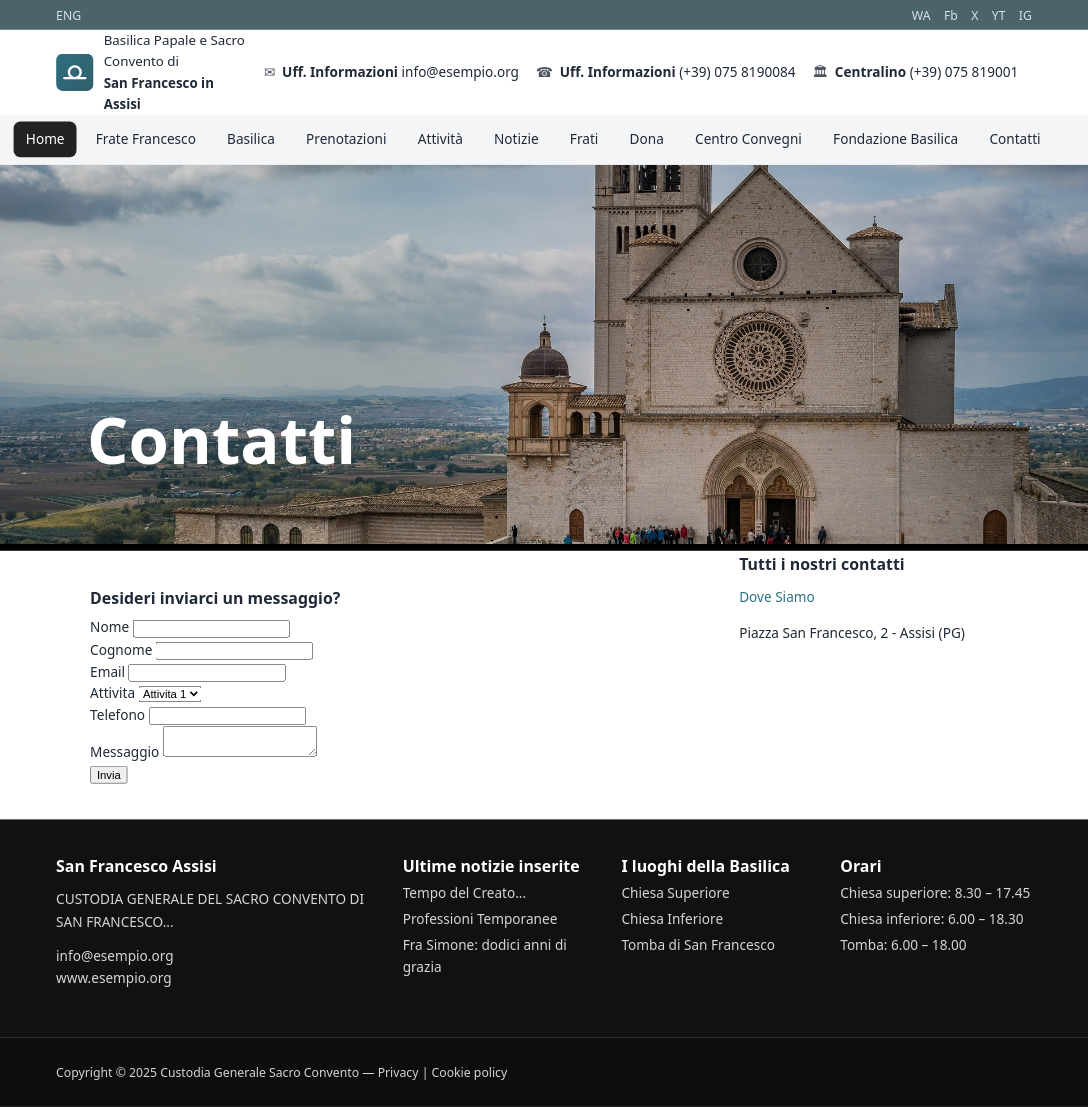
Repository: leacappello/basilica-platform-project
Page: pages/contatti.html
These files come from the project's save history. The page is drawn as it stood at one moment and after the next save; the edit follows.
The browser window is 1280 px wide. The pictures show the whole page, at 85% of full size.

Above is the page before, as saved 2025-09-17 09:44:17.
Console error (its wording comes from the project's code and is left out).

### pages/contatti.html
<!DOCTYPE html>
<html lang="it" class="no-js">

<head>
    <meta charset="utf-8" />
    <meta name="viewport" content="width=device-width, initial-scale=1" />
    <meta name="description"
        content="Basilica — Portale gemello (look & feel dimostrativo, contenuti e immagini originali)">
    <title>Basilica — Progetto gemello</title>

    <!-- Foglio di stile principale -->
    <link rel="stylesheet" href="../assets/styles.css" />

    <!-- Se JS è attivo, rimuoviamo la classe .no-js (utile per fallback menu) -->
    <script>document.documentElement.classList.remove('no-js');</script>
</head>

<body>

    <!-- ======================================================================
       TOPBAR: lingua + social (banda superiore sottile)
       ====================================================================== -->
    <div class="topbar">
        <div class="container topbar__inner">
            <div class="topbar__lang">
                <a href="#" aria-label="Versione in inglese">ENG</a>
            </div>
            <div class="topbar__social" aria-label="Social">
                <a href="#" aria-label="WhatsApp" title="WhatsApp">WA</a>
                <a href="#" aria-label="Facebook" title="Facebook">Fb</a>
                <a href="#" aria-label="X" title="X">X</a>
                <a href="#" aria-label="YouTube" title="YouTube">YT</a>
                <a href="#" aria-label="Instagram" title="Instagram">IG</a>
            </div>
        </div>
    </div>

    <!-- ======================================================================
       HEADER (masthead): logo + contatti rapidi + hamburger mobile
       Sticky con nav principale subito sotto
       ====================================================================== -->
    <header class="masthead">
        <div class="container masthead__inner">
            <!-- BRAND: logo + denominazione (il logo è decorativo; il nome è testuale) -->
            <a class="brand" href="#home" aria-label="Vai alla Home">
                <img src="images/logo.svg" alt="" class="brand__logo" aria-hidden="true" />
                <span class="brand__name">
                    Basilica Papale e Sacro Convento di<br />
                    <strong>San Francesco in Assisi</strong>
                </span>
            </a>

            <!-- CONTATTI RAPIDI: tre blocchi -->
            <ul class="masthead__contacts" aria-label="Contatti rapidi">
                <li>
                    <span class="ic" aria-hidden="true">✉</span>
                    <div>
                        <strong>Uff. Informazioni</strong>
                        <a href="mailto:info@esempio.org">info@esempio.org</a>
                    </div>
                </li>
                <li>
                    <span class="ic" aria-hidden="true">☎</span>
                    <div>
                        <strong>Uff. Informazioni</strong>
                        <a href="tel:+390758190084">(+39) 075 8190084</a>
                    </div>
                </li>
                <li>
                    <span class="ic" aria-hidden="true">🏛</span>
                    <div>
                        <strong>Centralino</strong>
                        <a href="tel:+39075819001">(+39) 075 819001</a>
                    </div>
                </li>
            </ul>

            <!-- HAMBURGER per mobile -->
            <button id="menu-button" class="menu-button" aria-controls="primary-nav" aria-expanded="false">
                <span class="sr-only">Apri/chiudi menu</span>
                <span aria-hidden="true" class="menu-icon"></span>
            </button>
        </div>

        <!-- NAV PRINCIPALE (mega-nav semplificato con sottomenù a tendina) -->
        <nav id="primary-nav" class="nav" aria-label="Navigazione principale">
            <ul class="nav__root">
                <li class="is-active"><a href="#home">Home</a></li>

                <li class="has-sub">
                    <a href="#frate">Frate Francesco</a>
                    <ul class="nav__sub">
                        <li><a href="#">Storia di un santo</a></li>
                        <li><a href="#">Scritti</a></li>
                    </ul>
                </li>

                <li class="has-sub">
                    <a href="#basilica">Basilica</a>
                    <ul class="nav__sub">
                        <li><a href="#">Chiesa superiore</a></li>
                        <li><a href="#">Chiesa inferiore</a></li>
                        <li><a href="#">Cripta</a></li>
                    </ul>
                </li>

                <li class="has-sub">
                    <a href="#prenotazioni">Prenotazioni</a>
                    <ul class="nav__sub">
                        <li><a href="#">Visite individuali</a></li>
                        <li><a href="#">Gruppi</a></li>
                    </ul>
                </li>

                <li class="has-sub">
                    <a href="#attivita">Attività</a>
                    <ul class="nav__sub">
                        <li><a href="#">Pastorale</a></li>
                        <li><a href="#">Cultura</a></li>
                    </ul>
                </li>

                <li><a href="#notizie">Notizie</a></li>

                <li class="has-sub">
                    <a href="#frati">Frati</a>
                    <ul class="nav__sub">
                        <li><a href="#">Comunità</a></li>
                    </ul>
                </li>

                <li class="has-sub">
                    <a href="#dona">Dona</a>
                    <ul class="nav__sub">
                        <li><a href="#">Come donare</a></li>
                    </ul>
                </li>

                <li><a href="#centro">Centro Convegni</a></li>
                <li><a href="#fondazione">Fondazione Basilica</a></li>
                <li><a href="#contatti">Contatti</a></li>
            </ul>
        </nav>
    </header>

    <!-- ======================================================================
       HERO: slider immagini + titolo
       ====================================================================== -->
    <div class="main-content">

        <section id="home" class="hero" aria-label="Sezione introduttiva">
            <div class="hero__slides">
                <figure class="hero__slide is-active">
                    <img src="../images/hero-1.jpg" alt="Affreschi della Basilica" loading="eager">
                    <figcaption>
                        <h1>Contatti <span class="accent">
                            </span></h1>
                    </figcaption>
                </figure>
            </div>
        </section>
       <!-- sezione contatti -->
        <section>
            <div class="container">
                <div class="container-col">
                    <!-- form contaatti -->
                    <div class="container-form">
                        <h3>Desideri inviarci un messaggio?</h3>
                        <form>
                            <!-- nome -->
                            <div>
                                <label for="nome">Nome</label>
                                <input type="text" id="nome" name="nome">
                            </div>
                            <!-- cognome -->
                            <div>
                                <label for="cognome">Cognome</label>
                                <input type="text" id="cognome" name="cognome">
                            </div>
                            <!-- email -->
                                                        <div>
                                <label for="email">Email</label>
                                <input type="email" id="email" name="email">
                            </div>
                            <!-- select con attività -->
                            <div>
                                <label for="attivita">Attivita</label>
                                <select id="attivita" name="attivita">
                                    <option value="attivita1">Attivita 1</option>
                                    <option value="attivita2">Attivita 2</option>
                                    <option value="attivita3">Attivita 3</option>
                                </select>
                            </div>
                            <!-- telefono -->
                            <div>
                                <label for="telefono">Telefono</label>
                                <input type="tel" id="telefono" name="telefono">
                            </div>
                            <div>
                                <label for="messaggio">Messaggio</label>
                                <textarea id="messaggio" name="messaggio"></textarea>
                            </div>

                            <button type="submit">Invia</button>
                        </form>
                    </div>
                    <!-- informazioni varie -->
                    <div class="container-info">
                        <h3>Tutti i nostri contatti</h3>
                        <p class="accent">Dove Siamo</p>
                        <p>Piazza San Francesco, 2 - Assisi (PG)</p>
                    </div>
                </div>
            </div>
        </section>
       <!-- sezione contatti -->
    </div>


    <!-- ======================================================================
       FOOTER “mega”: 4 colonne + riga legale con anno dinamico
       ====================================================================== -->
    <footer class="site-footer" role="contentinfo">
        <div class="container footer__grid">
            <section>
                <h3 class="footer__title">San Francesco Assisi</h3>
                <p>CUSTODIA GENERALE DEL SACRO CONVENTO DI SAN FRANCESCO...</p>
                <p>
                    <a href="mailto:info@esempio.org">info@esempio.org</a><br>
                    <a href="https://www.esempio.org">www.esempio.org</a>
                </p>
            </section>

            <section>
                <h3 class="footer__title">Ultime notizie inserite</h3>
                <ul class="footer__list">
                    <li><a href="#">Tempo del Creato...</a></li>
                    <li><a href="#">Professioni Temporanee</a></li>
                    <li><a href="#">Fra Simone: dodici anni di grazia</a></li>
                </ul>
            </section>

            <section>
                <h3 class="footer__title">I luoghi della Basilica</h3>
                <ul class="footer__list">
                    <li><a href="#">Chiesa Superiore</a></li>
                    <li><a href="#">Chiesa Inferiore</a></li>
                    <li><a href="#">Tomba di San Francesco</a></li>
                </ul>
            </section>

            <section>
                <h3 class="footer__title">Orari</h3>
                <ul class="footer__list">
                    <li>Chiesa superiore: 8.30 – 17.45</li>
                    <li>Chiesa inferiore: 6.00 – 18.30</li>
                    <li>Tomba: 6.00 – 18.00</li>
                </ul>
            </section>
        </div>

        <div class="footer__legal">
            <div class="container">
                <p>Copyright © <span id="year"></span> Custodia Generale Sacro Convento — <a href="#">Privacy</a> | <a
                        href="#">Cookie policy</a></p>
            </div>
        </div>
    </footer>

    <!-- Script frontend: toggle menu, slider, evidenziazione link, anno -->
    <script src="../assets/script.js"></script>
</body>

</html>

### assets/styles.css
/* ==========================================================================
   STILE PRINCIPALE — Basilica Twin (frontend fedele, leggero, accessibile)
   - Palette teal/slate ispirata
   - Layout con Grid/Flex, breakpoint tablet/mobile
   - Componenti: topbar, masthead, nav con sottomenù, hero+cards, eventi,
                 cards notizie, stats overlay, footer mega
   ========================================================================== */

/* ============== Token / Reset ============== */
:root{
  --bg:#ffffff; --fg:#1f2937; --muted:#6b7280;
  --brand:#3b5961;
  --brand-700:#2f474e;
  --accent:#315f6b;
  --surface:#f5f7f9;
  --border:#e5e7eb;

  --container:1180px;
  --radius:12px;
  --shadow:0 8px 24px rgba(0,0,0,.12);

  --space-2:.5rem; --space-3:.75rem; --space-4:1rem;
  --space-6:1.5rem; --space-8:2rem; --space-10:2.5rem;

  --fs-sm:.9rem; --fs-base:1rem; --fs-lg:1.125rem;
  --fs-xl:1.5rem; --fs-2xl:2rem; --lh:1.6;

  --header-h:64px;
}

*{box-sizing:border-box}
html,body{margin:0}
body{
  font:400 var(--fs-base)/var(--lh) ui-sans-serif,system-ui,-apple-system,"Segoe UI",Roboto,Arial;
  color:var(--fg); background:var(--bg);
}
h1,h2,h3{margin:.25rem 0 var(--space-3); line-height:1.2}
h1{font-size:clamp(2rem,5vw,3rem)}
h2{font-size:clamp(1.5rem,3.5vw,2.25rem)}
a{color:inherit; text-decoration:none}
a:hover{text-decoration:underline}
.muted{color:var(--muted)}
.accent{color:#2f6f80}

.container{max-width:var(--container);margin-inline:auto;padding-inline:var(--space-4)}
.section{padding-block:var(--space-10)}
.sr-only{position:absolute;width:1px;height:1px;overflow:hidden;clip:rect(0,0,0,0);white-space:nowrap}

/* ============== Topbar ============== */
.topbar{background:#4b636b;color:#e6eef1;font-size:var(--fs-sm)}
.topbar__inner{display:flex;justify-content:space-between;align-items:center;padding-block:6px}
.topbar a{color:#e6eef1;opacity:.9}
.topbar a:hover{opacity:1}
.topbar__social a{margin-left:12px}

/* ============== Masthead (logo+contatti+hamburger) ============== */
.masthead{background:#fff;border-bottom:1px solid var(--border);position:sticky;top:0;z-index:30}
.masthead__inner{
  display:grid;grid-template-columns:1fr auto auto;gap:1rem;align-items:center;min-height:var(--header-h)
}
.brand{display:flex;align-items:center;gap:.75rem;text-decoration:none}
.brand__logo{width:44px;height:44px;object-fit:contain}
.brand__name{font-size:.98rem}
.masthead__contacts{list-style:none;display:flex;gap:1.25rem;margin:0;padding:0}
.masthead__contacts li{display:flex;gap:.5rem;align-items:center}
.ic{font-style:normal;opacity:.8}

/* Hamburger (mobile only) */
.menu-button{display:none;background:transparent;border:0;cursor:pointer}
.menu-icon{width:24px;height:2px;background:var(--fg);display:inline-block;position:relative}
.menu-icon::before,.menu-icon::after{content:"";position:absolute;left:0;width:24px;height:2px;background:var(--fg)}
.menu-icon::before{top:-6px}.menu-icon::after{top:6px}

/* ============== Nav (root + submenu) ============== */
.nav{background:#f3f5f6}
.nav__root{display:flex;gap:.5rem;list-style:none;margin:0;padding:.5rem var(--space-4)}
.nav__root>li>a{display:block;padding:.5rem .9rem;border-radius:8px}
.nav__root>li.is-active>a{background:#222;color:#fff}
.nav a[aria-current="page"]{background:#222;color:#fff;border-radius:8px}

/* Sottomenù desktop (hover) */
.has-sub{position:relative}
.has-sub>.nav__sub{
  display:none;position:absolute;left:0;top:calc(100% + 6px);
  min-width:240px;background:#fff;border:1px solid var(--border);
  border-radius:10px;box-shadow:var(--shadow);padding:.5rem
}
.has-sub:hover>.nav__sub{display:block}
.nav__sub{list-style:none;margin:0}
.nav__sub a{display:block;padding:.5rem .75rem;border-radius:6px}
.nav__sub a:hover{background:#f7f7f9}

/* ============== Hero (slider + overlay cards) ============== */
.hero{position:relative;background:#000;color:#fff}
.hero__slides{position:relative;overflow:hidden}
.hero__slide{display:none;margin:0}
.hero__slide.is-active{display:block}
.hero__slide img{width:100%;height:62vh;min-height:420px;object-fit:cover;opacity:.9}
.hero__slide figcaption{position:absolute;left:8%;bottom:16%;max-width:700px}
.hero__slide h1{font-size:clamp(2.5rem,6vw,5rem);font-weight:600}
.pill{
  display:inline-block;margin-top:.75rem;padding:.45rem .9rem;
  background:rgba(255,255,255,.18);border-radius:999px;color:#e9f1f3;font-size:1.25rem
}

/* Controlli slider */
.hero__ctrl{
  position:absolute;top:50%;transform:translateY(-50%);
  background:rgba(0,0,0,.35);color:#fff;border:0;border-radius:999px;
  width:40px;height:40px;cursor:pointer
}
.hero__ctrl.prev{left:14px}
.hero__ctrl.next{right:14px}

/* Overlay 4 card */
.hero__overlay{position:relative}
.hero__cards{
  display:grid;grid-template-columns:repeat(4,1fr);gap:1rem;margin-top:-70px
}
.card{
  background:#526e76;color:#ecf1f3;padding:1.1rem;border-radius:14px;box-shadow:var(--shadow)
}
.card h3{margin:.1rem 0 .35rem}
.card .btn{margin-top:.5rem}

/* ============== Buttons ============== */
.btn{
  display:inline-block;font-weight:600;border:0;border-radius:10px;
  padding:.65rem 1rem;cursor:pointer;text-decoration:none
}
.btn--primary{background:var(--brand);color:#fff}
.btn--primary:hover{background:var(--brand-700)}
.btn--ghost{background:transparent;color:#fff;border:1px solid rgba(255,255,255,.7)}
.btn--ghost:hover{background:rgba(255,255,255,.12)}

/* ============== Eventi a 2 colonne ============== */
.grid-2{display:grid;grid-template-columns:2fr 1.2fr;gap:2rem}
.eyebrow{color:var(--muted);letter-spacing:.06em;text-transform:uppercase;font-size:.85rem}
.media img{width:100%;border-radius:12px}

.events{list-style:none;margin:0;padding:0;display:grid;gap:1rem}
.events li{
  display:grid;grid-template-columns:70px 1fr;gap:1rem;align-items:start;
  border-bottom:1px solid var(--border);padding-bottom:1rem
}
.date{
  width:70px;background:#315f6b;color:#fff;border-radius:8px;
  display:grid;place-items:center;padding:.35rem 0
}
.date span{font-size:1.4rem;font-weight:700;line-height:1}
.date small{opacity:.8}

/* ============== Cards 3 (notizie/progetti) ============== */
.cards-3{display:grid;grid-template-columns:repeat(3,1fr);gap:1.2rem}
.post{
  background:#fff;border:1px solid var(--border);border-radius:12px;
  overflow:hidden;display:flex;flex-direction:column
}
.post img{width:100%;aspect-ratio:16/9;object-fit:cover}
.post__body{padding:1rem;display:grid;gap:.5rem}
.badge{
  display:inline-flex;align-items:center;gap:.5rem;background:#e6eef1;
  border-radius:8px;padding:.25rem .5rem;color:#2f4f59;font-weight:700
}
.post__title{font-weight:700;text-decoration:none}
.readmore{font-weight:600;color:var(--accent);text-decoration:none}

/* ============== Stats (background con overlay scuro fisso) ============== */
.stats{
  background:url('../images/hero-1.jpg') center/cover no-repeat fixed;
  position:relative;color:#e9eef1
}
.stats::before{content:"";position:absolute;inset:0;background:rgba(22,32,41,.65)}
.stats__grid{
  position:relative;display:grid;grid-template-columns:repeat(4,1fr);
  gap:2rem;padding-block:3rem
}
.stats__grid .n{font-size:2.25rem;font-weight:800}

/* ============== Footer “mega” ============== */
.site-footer{background:#111;color:#d6d6d6}
.footer__grid{display:grid;grid-template-columns:2fr 1.2fr 1.2fr 1.2fr;gap:2rem;padding-block:2.5rem}
.footer__title{color:#fff;margin-bottom:.5rem}
.footer__list{list-style:none;margin:0;padding:0;display:grid;gap:.35rem}
.footer__legal{border-top:1px solid #333;background:#0d0d0d;font-size:.9rem}
.footer__legal .container{padding-block:.9rem}
.center{text-align:center}
.mt-4{margin-top:var(--space-4)}

/* ============== Responsive ============== */
@media (max-width: 1024px){
  .masthead__inner{grid-template-columns:1fr auto auto}
  .hero__cards{grid-template-columns:repeat(2,1fr);margin-top:-50px}
  .grid-2{grid-template-columns:1fr}
  .cards-3{grid-template-columns:1fr 1fr}
}
@media (max-width: 768px){
  .masthead__contacts{display:none}
  .menu-button{display:inline-block}
  .nav{display:none}
  .nav[data-open="true"]{display:block}
  .nav__root{flex-direction:column}
  .hero__cards{grid-template-columns:1fr;margin-top:-30px}
  .cards-3{grid-template-columns:1fr}
  .stats__grid{grid-template-columns:1fr 1fr}
}
@media (max-width: 480px){
  .stats__grid{grid-template-columns:1fr}
}

/* ============== No-JS fallback ============== */
.no-js .nav{display:block}

/* ============== Tabella Orari ============== */
.tabella-orari{
  width:100%;
  border-collapse:collapse;
}
.orari th,.orari td{
  padding:.5rem;
  border-bottom:1px solid var(--border);
  text-align: left;
}

.titolo-orari{
  margin-top: 30px; font-size: 1.5rem;
  margin-bottom:.5rem;
  border-bottom:1px solid var(--border);
  padding-bottom:.5rem
}
/* ============== Tabella Orari ============== */


/* ============== contatti ============== */
.container-col{
  display:flex;
}
.container-form{
  width: 70%;
  padding: var(--space-10);
}
.container-orari{
  width: 30%;
  padding: var(--space-10);
  border-left: 1px solid var(--border);
}
/* ============== contatti ============== */

Loaded but not shown: assets/script.js (113 lines, source omitted)

After the next save:
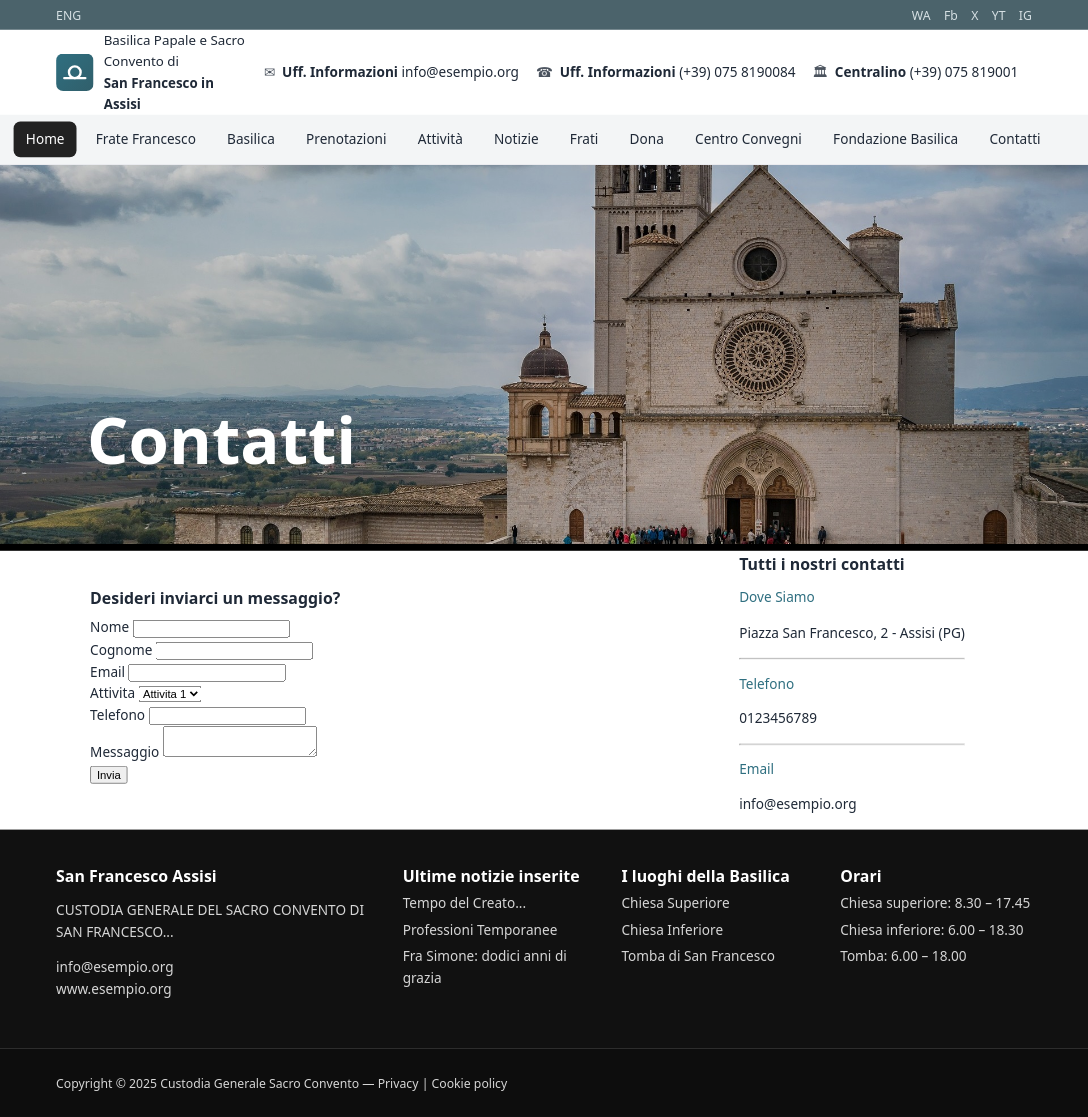
Saved 33 s later.
--- a/pages/contatti.html
+++ b/pages/contatti.html
@@ -209,6 +209,12 @@
                         <h3>Tutti i nostri contatti</h3>
                         <p class="accent">Dove Siamo</p>
                         <p>Piazza San Francesco, 2 - Assisi (PG)</p>
+                        <hr>
+                        <p class="accent">Telefono</p>
+                        <p>0123456789</p>
+                        <hr>
+                        <p class="accent">Email</p>
+                        <p>info@esempio.org</p>
                     </div>
                 </div>
             </div>
